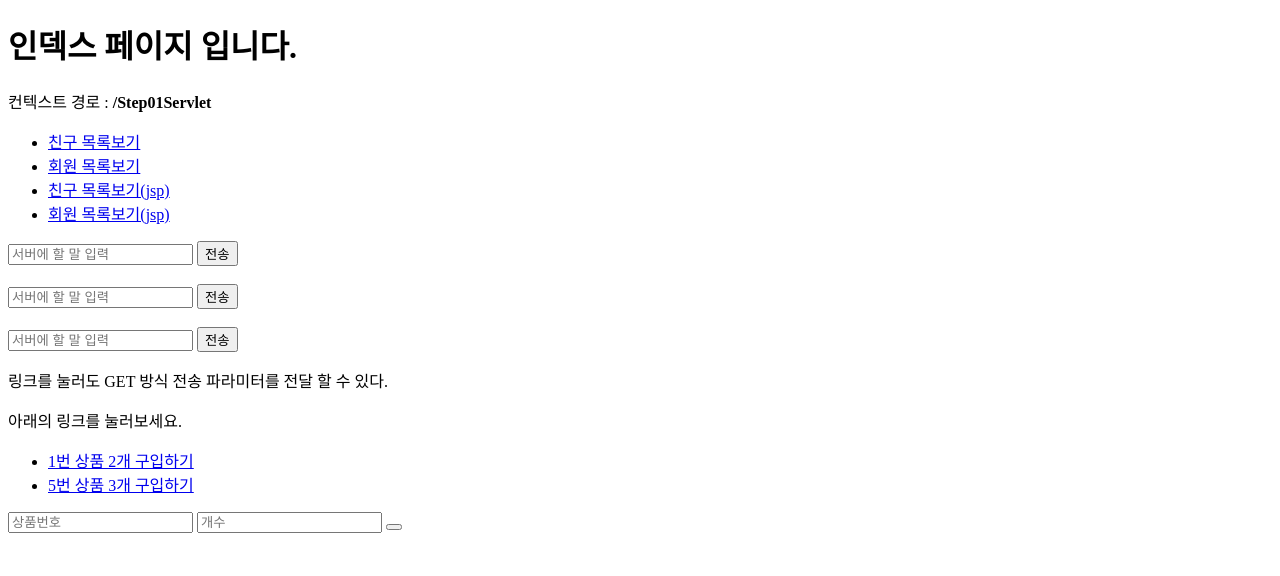
Repository: SSONGTJ/Acorn23_java
Page: http://localhost/Step01Servlet/
The author's editor kept a copy of each file at every save. The page is drawn from the files as they stood at one save, then again after a run of saves.
The browser window is 1280 px wide. The pictures show the whole page.
The page is served by Tomcat 9.

Above is the page before, as saved 2023-11-21 06:16:48.

After the next 2 saves:
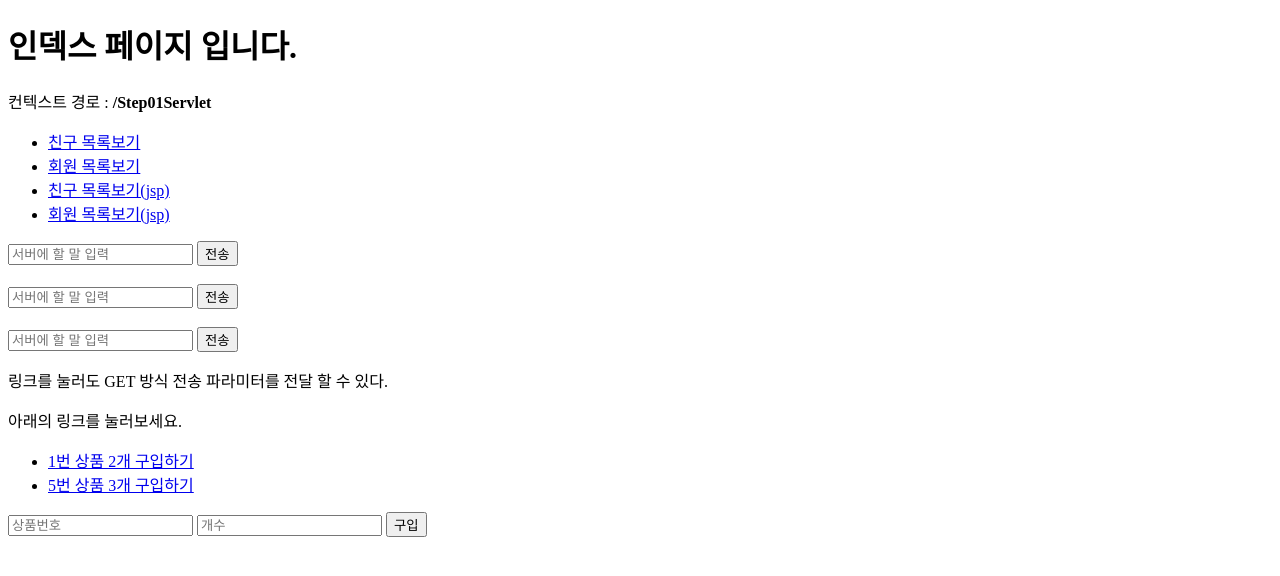
The 2 saves are shown as one change because they came seconds apart.
The last was saved 9 s later.
--- a/Step01Servlet/src/main/webapp/index.jsp
+++ b/Step01Servlet/src/main/webapp/index.jsp
@@ -41,7 +41,7 @@
 		<form action="${pageContext.request.contextPath}/shop/buy.jsp" method="get">
 			<input type="text" name="num" placeholder="상품번호"/>
 			<input type="text" name="amount" placeholder="개수"/>
-			<button></button>
+			<button type="submit">구입</button>
 		</form>
 	</div>
 </body>
